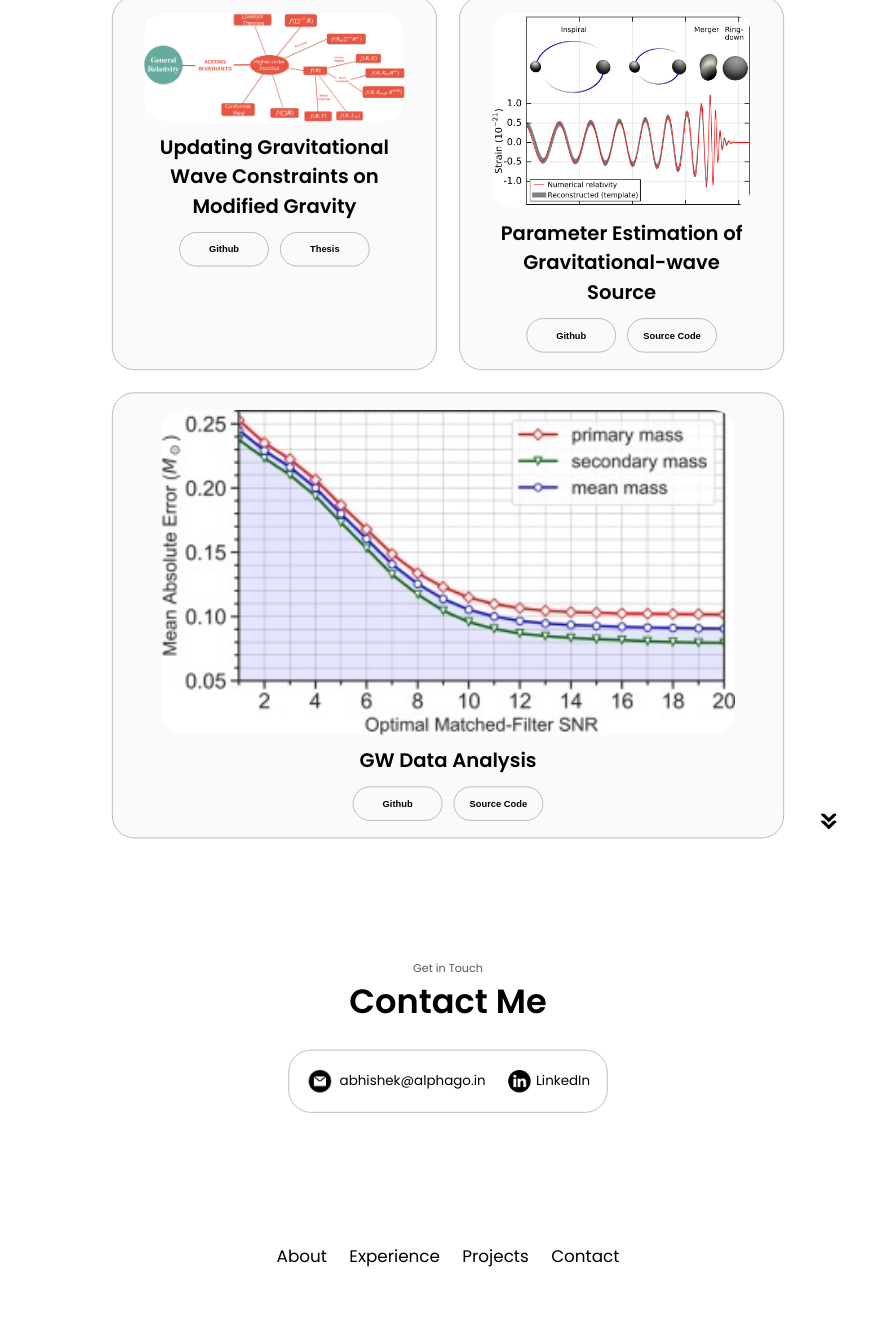
Repository: APersonalVoyage/APersonalVoyage.github.io
Page: index.html
These files come from the project's save history. The page is drawn as it stood at one moment and after the next save; the edit follows.
The browser window is 1280 px wide. The pictures show the part of the page from y = 2362 to 4282 px (the page is 4282 px tall), at 70% of full size.
A picture or video elsewhere on the page could not be fetched, so the positions and the page height are approximate.

Above is the page before, as saved 2023-08-24 14:57:48.

### index.html
<!DOCTYPE html>
<html lang="en">
  <head>
    <meta charset="UTF-8" />
    <meta http-equiv="X-UA-Compatible" content="IE=edge" />
    <meta name="viewport" content="width=device-width, initial-scale=1.0" />
    <title>My Portfolio</title>
    <link rel="stylesheet" href="style.css" />
    <link rel="stylesheet" href="mediaqueries.css" />

  </head>
  <body>
    <nav id="desktop-nav">
      <div class="logo">Abhishek Karkola</div>
      <div>
        <ul class="nav-links">
          <li><a href="#about">About</a></li>
          <li><a href="#experience">Experience</a></li>
          <li><a href="#projects">Projects</a></li>
          <li><a href="#contact">Contact</a></li>
        </ul>
      </div>
    </nav>
    <nav id="hamburger-nav">
      <div class="logo">Abhishek Karkola</div>
      <div class="hamburger-menu">
        <div class="hamburger-icon" onclick="toggleMenu()">
          <span></span>
          <span></span>
          <span></span>
        </div>
        <div class="menu-links">
          <li><a href="#about" onclick="toggleMenu()">About</a></li>
          <li><a href="#experience" onclick="toggleMenu()">Experience</a></li>
          <li><a href="#projects" onclick="toggleMenu()">Projects</a></li>
          <li><a href="#contact" onclick="toggleMenu()">Contact</a></li>
        </div>
      </div>
    </nav>
    <section id = "profile" style = "text-align: center;" >
        <div class="section__pic-container">
            <img src="./assets/My_profile-fotor-20230824122059.png" alt="profile" class="section__pic">
        </div>
        <div class= "section_text" style = "margin-top: 200px;" >
            <p class="section__text__p1">Hello, I'm</p>
        <h1 class="title">Abhishek Karkola</h1>
        <p class="section__text__p2">Gravitational Wave Astrophysicist</p>
        <div class="btn-container">
            <button
              class="btn btn-color-2"
              onclick="window.open('./assets/Abhishek_Academic_CV.pdf')"
            >
              Download CV
            </button>
            <button class="btn btn-color-1" onclick="location.href='./#contact'">
              Contact Info
            </button>
          </div>
          <div id="socials-container">
            <img
            src="./assets/linkedin.png"
            alt="My LinkedIn profile"
            class="icon"
            onclick="location.href='https://linkedin.com/'"
          />
          <img
            src="./assets/github.png"
            alt="My Github profile"
            class="icon"
            onclick="location.href='https://github.com/APersonalVoyage'"
          />
          <img
            src="./assets/instagram.png"
            alt="My instagram profile"
            class="icon"
            onclick="location.href='https://www.instagram.com/apersonalvoyage/'"
          />
          <img
            src="./assets/twitter.png"
            alt="My twitter profile"
            class="icon"
            onclick="location.href='https://twitter.com/APersonalVoyage'"
          />
        </div>
      </div>
          </div>

        </div>
    </section>
    <section id="about">
        <p class="section__text__p1">Get To Know More</p>
        <h1 class="title">About Me</h1>
        <div class="section-container">
          <div class="section__pic-container" style="margin-top: 100px">
            <img
              src="./assets/Profile_Pic2.JPG"
              alt="Profile picture"
              class="about-pic"
            />
          </div>
          <div class="about-details-container">
            <div class="about-containers">
              <div class="details-container">
                <img
                  src="./assets/experience.png"
                  alt="Experience icon"
                  class="icon"
                />
                <h3>Experience</h3>
                <p>1+ years <br />Research Intern</p>
              </div>
              <div class="details-container">
                <img
                  src="./assets/education.png"
                  alt="Education icon"
                  class="icon"
                />
                <h3>Education</h3>
                <p>B.E. Electronics<br />M.Sc. GW Physics</p>
              </div>
            </div>
            <div class="text-container">
              <p>
                I hold a Masters degree in Gravitational Wave Physics from Cardiff University, where my academic journey led me to explore the captivating realms of cosmology, advanced general relativity, and numerical relativity. Prior to this, I earned a Bachelors degree in Electronics and Communication Engineering, where I developed a solid foundation in the intricate world of electronic systems and communication technologies
              </p>
            </div>
          </div>
        </div>
        <img
          src="./assets/arrow.png"
          alt="Arrow icon"
          class="icon arrow"
          onclick="location.href='./#experience'"
        />
    </section>
</section>
<section id="experience">
  <p class="section__text__p1">Explore My</p>
  <h1 class="title">Experience</h1>
  <div class="experience-details-container">
    <div class="about-containers">
      <div class="details-container">
        <h2 class="experience-sub-title">Areas of Expertise</h2>
        <div class="article-container">
          <article>
            <img
              src="./assets/checkmark.png"
              alt="Experience icon"
              class="icon"
            />
            <div>
              <h3>Linear Algebra</h3>
              <p>Experienced</p>
            </div>
          </article>
          <article>
            <img
              src="./assets/checkmark.png"
              alt="Experience icon"
              class="icon"
            />
            <div>
              <h3>Tensor Mathematics</h3>
              <p>Experienced</p>
            </div>
          </article>
          <article>
            <img
              src="./assets/checkmark.png"
              alt="Experience icon"
              class="icon"
            />
            <div>
              <h3>General Relativity</h3>
              <p>Intermediate</p>
            </div>
          </article>
          <article>
            <img
              src="./assets/checkmark.png"
              alt="Experience icon"
              class="icon"
            />
            <div>
              <h3>Cosmology</h3>
              <p>Intermediate</p>
            </div>
          </article>
          <article>
            <img
              src="./assets/checkmark.png"
              alt="Experience icon"
              class="icon"
            />
            <div>
              <h3>Numerical Relativity</h3>
              <p>Basic</p>
            </div>
          </article>
          <article>
            <img
              src="./assets/checkmark.png"
              alt="Experience icon"
              class="icon"
            />
            <div>
              <h3>GW Astrophysics</h3>
              <p>Intermediate</p>
            </div>
          </article>
        </div>
      </div>
      <div class="details-container">
        <h2 class="experience-sub-title">Tools and technologies</h2>
        <div class="article-container">
          <article>
            <img
              src="./assets/checkmark.png"
              alt="Experience icon"
              class="icon"
            />
            <div>
              <h3>PostgreSQL</h3>
              <p>Basic</p>
            </div>
          </article>
          <article>
            <img
              src="./assets/checkmark.png"
              alt="Experience icon"
              class="icon"
            />
            <div>
              <h3>HTML</h3>
              <p>Intermediate</p>
            </div>
          </article>
          <article>
            <img
              src="./assets/checkmark.png"
              alt="Experience icon"
              class="icon"
            />
            <div>
              <h3>Python</h3>
              <p>Experienced</p>
            </div>
          </article>
          <article>
            <img
              src="./assets/checkmark.png"
              alt="Experience icon"
              class="icon"
            />
            <div>
              <h3>Git</h3>
              <p>Intermediate</p>
            </div>
          </article>
          <article>
            <img
              src="./assets/checkmark.png"
              alt="Experience icon"
              class="icon"
            />
            <div>
              <h3> High Performance Computing (HPC)</h3>
              <p>Intermediate</p>
            </div>
          </article>
        </div>
      </div>
    </div>
  </div>
  <img
    src="./assets/arrow.png"
    alt="Arrow icon"
    class="icon arrow"
    onclick="location.href='./#projects'"
  />
</section>
<section id="projects">
    <p class="section__text__p1">Browse My Recent</p>
    <h1 class="title">Projects</h1>
    <div class="experience-details-container">
      <div class="about-containers">
        <div class="details-container color-container">
          <div class="article-container">
            <img
              src="./assets/10-Figure2-1.png"
              alt="Project 1"
              class="project-img"
            />
          </div>
          <h2 class="experience-sub-title project-title">Updating Gravitational Wave Constraints on Modified Gravity</h2>
          <div class="btn-container">
            <button
              class="btn btn-color-2 project-btn"
              onclick="location.href='https://github.com/APersonalVoyage/MSc_Thesis'"
            >
              Github
            </button>
            <button
              class="btn btn-color-2 project-btn"
              onclick="location.href='https://github.com/APersonalVoyage/MSc_Thesis/blob/main/Abhishek_Msc_Dissertation%20.pdf'"
            >
              Thesis
            </button>
          </div>
        </div>
        <div class="details-container color-container">
          <div class="article-container">
            <img
              src="./assets/GW150914_IMR.png"
              alt="Project 2"
              class="project-img"
            />
          </div>
          <h2 class="experience-sub-title project-title">Parameter Estimation of Gravitational-wave Source</h2>
          <div class="btn-container">
            <button
              class="btn btn-color-2 project-btn"
              onclick="location.href='https://github.com/APersonalVoyage/GW-data-analysis'"
            >
              Github
            </button>
            <button
              class="btn btn-color-2 project-btn"
              onclick="location.href='https://github.com/gw-odw/odw-2021'"
            >
              Source Code
            </button>
          </div>
        </div>
        <div class="details-container color-container">
          <div class="article-container">
            <img
              src="./assets/PE.jpg"
              alt="Project 3"
              class="project-img"
            />
          </div>
          <h2 class="experience-sub-title project-title">GW Data Analysis</h2>
          <div class="btn-container">
            <button
              class="btn btn-color-2 project-btn"
              onclick="location.href='https://github.com/APersonalVoyage/Data-Analysis-2022'"
            >
              Github
            </button>
            <button
              class="btn btn-color-2 project-btn"
              onclick="location.href='https://github.com/APersonalVoyage/Data-Analysis-2022'"
            >
              Source Code
            </button>
          </div>
        </div>
      </div>
    </div>
    <img
      src="./assets/arrow.png"
      alt="Arrow icon"
      class="icon arrow"
      onclick="location.href='./#projects'"
    />
  </section>
  <section id="contact">
    <p class="section__text__p1">Get in Touch</p>
    <h1 class="title">Contact Me</h1>
    <div class="contact-info-upper-container">
      <div class="contact-info-container">
        <img
          src="./assets/email.png"
          alt="Email icon"
          class="icon contact-icon email-icon"
        />
        <p><a href="mailto:examplemail@gmail.com">abhishek@alphago.in</a></p>
      </div>
      <div class="contact-info-container">
        <img
          src="./assets/linkedin.png"
          alt="LinkedIn icon"
          class="icon contact-icon"
        />
        <p><a href="https://www.linkedin.com">LinkedIn</a></p>
      </div>
    </div>
  </section>
  <footer>
    <nav>
      <div class="nav-links-container">
        <ul class="nav-links">
          <li><a href="#about">About</a></li>
          <li><a href="#experience">Experience</a></li>
          <li><a href="#projects">Projects</a></li>
          <li><a href="#contact">Contact</a></li>
        </ul>
      </div>
    </nav>

  </footer>
  <script src="script.js"></script>
</body>
</html>

### style.css
/* GENERAL */

@import url("https://fonts.googleapis.com/css2?family=Poppins:wght@300;400;500;600&display=swap");

* {
  margin: 0;
  padding: 0;
}

body {
  font-family: "Poppins", sans-serif;
}

html {
  scroll-behavior: smooth;
}

p {
  color: rgb(85, 85, 85);
}

/* TRANSITION */

a,
.btn {
  transition: all 300ms ease;
}

/* DESKTOP NAV */

nav,
.nav-links {
  display: flex;
}

nav {
  justify-content: space-around;
  align-items: center;
  height: 17vh;
}

.nav-links {
  gap: 2rem;
  list-style: none;
  font-size: 1.5rem;
}

a {
  color: black;
  text-decoration: none;
  text-decoration-color: white;
}

a:hover {
  color: grey;
  text-decoration: underline;
  text-underline-offset: 1rem;
  text-decoration-color: rgb(181, 181, 181);
}

.logo {
  font-size: 2rem;
}

.logo:hover {
  cursor: default;
}

/* HAMBURGER MENU */

#hamburger-nav {
  display: none;
}

.hamburger-menu {
  position: relative;
  display: inline-block;
}

.hamburger-icon {
  display: flex;
  flex-direction: column;
  justify-content: space-between;
  height: 24px;
  width: 30px;
  cursor: pointer;
}

.hamburger-icon span {
  width: 100%;
  height: 2px;
  background-color: black;
  transition: all 0.3 ease-in-out;
}

.menu-links {
  position: absolute;
  top: 100%;
  right: 0;
  background-color: white;
  width: fit-content;
  max-height: 0;
  overflow: hidden;
  transition: all 0.3 ease-in-out;
}

.menu-links a {
  display: block;
  padding: 10px;
  text-align: center;
  font-size: 1.5rem;
  color: black;
  text-decoration: none;
  transition: all 0.3 ease-in-out;
}

.menu-links li {
  list-style: none;
}

.menu-links.open {
  max-height: 300px;
}

.hamburger-icon.open span:first-child {
  transform: rotate(45deg) translate(10px, 5px);
}

.hamburger-icon.open span:nth-child(2) {
  opacity: 0;
}

.hamburger-icon.open span:last-child {
  transform: rotate(-45deg) translate(10px, -5px);
}

.hamburger-icon span:first-child {
  transform: none;
}

.hamburger-icon span:first-child {
  opacity: 1;
}

.hamburger-icon span:first-child {
  transform: none;
}

/* SECTIONS */

section {
  padding-top: 4vh;
  height: 96vh;
  margin: 0 10rem;
  box-sizing: border-box;
  min-height: fit-content;
}

.section-container {
  display: flex;
}

/* PROFILE SECTION */

#profile {
  display: flex;
  justify-content: center;
  gap: 5rem;
  height: 80vh;
}

.section__pic-container {
  display: flex;
  height: 400px;
  width: 400px;
  margin: auto 0;
}

.section__text {
  align-self: center;
  text-align: center;
}

.section__text p {
  font-weight: 600;
}

.section__text__p1 {
  text-align: center;
}

.section__text__p2 {
  font-size: 1.75rem;
  margin-bottom: 1rem;
}

.title {
  font-size: 3rem;
  text-align: center;
}

#socials-container {
  display: flex;
  justify-content: center;
  margin-top: 1rem;
  gap: 1rem;
}

/* ICONS */

.icon {
  cursor: pointer;
  height: 2rem;
}

/* BUTTONS */

.btn-container {
  display: flex;
  justify-content: center;
  gap: 1rem;
}

.btn {
  font-weight: 600;
  transition: all 300ms ease;
  padding: 1rem;
  width: 8rem;
  border-radius: 2rem;
}

.btn-color-1,
.btn-color-2 {
  border: rgb(53, 53, 53) 0.1rem solid;
}

.btn-color-1:hover,
.btn-color-2:hover {
  cursor: pointer;
}

.btn-color-1,
.btn-color-2:hover {
  background: rgb(53, 53, 53);
  color: white;
}

.btn-color-1:hover {
  background: rgb(0, 0, 0);
}

.btn-color-2 {
  background: none;
}

.btn-color-2:hover {
  border: rgb(255, 255, 255) 0.1rem solid;
}

.btn-container {
  gap: 1rem;
}

/* ABOUT SECTION */

#about {
  position: relative;
}

.about-containers {
  gap: 2rem;
  margin-bottom: 2rem;
  margin-top: 2rem;
}

.about-details-container {
  justify-content: center;
  flex-direction: column;
}

.about-containers,
.about-details-container {
  display: flex;
}

.about-pic {
  border-radius: 2rem;
}

.arrow {
  position: absolute;
  right: -5rem;
  bottom: 2.5rem;
}

.details-container {
  padding: 1.5rem;
  flex: 1;
  background: white;
  border-radius: 2rem;
  border: rgb(53, 53, 53) 0.1rem solid;
  border-color: rgb(163, 163, 163);
  text-align: center;
}

.section-container {
  gap: 4rem;
  height: 80%;
}

.section__pic-container {
  height: 400px;
  width: 400px;
  margin: auto 0;
}

/* EXPERIENCE SECTION */

#experience {
  position: relative;
}

.experience-sub-title {
  color: rgb(85, 85, 85);
  font-weight: 600;
  font-size: 1.75rem;
  margin-bottom: 2rem;
}

.experience-details-container {
  display: flex;
  justify-content: center;
  flex-direction: column;
}

.article-container {
  display: flex;
  text-align: initial;
  flex-wrap: wrap;
  flex-direction: row;
  gap: 2.5rem;
  justify-content: space-around;
}

article {
  display: flex;
  width: 10rem;
  justify-content: space-around;
  gap: 0.5rem;
}

article .icon {
  cursor: default;
}

/* PROJECTS SECTION */

#projects {
  position: relative;
}

.color-container {
  border-color: rgb(163, 163, 163);
  background: rgb(250, 250, 250);
}

.project-img {
  border-radius: 2rem;
  width: 90%;
  height: 90%;
}

.project-title {
  margin: 1rem;
  color: black;
}

.project-btn {
  color: black;
  border-color: rgb(163, 163, 163);
}

/* CONTACT */

#contact {
  display: flex;
  justify-content: center;
  flex-direction: column;
  height: 70vh;
}

.contact-info-upper-container {
  display: flex;
  justify-content: center;
  border-radius: 2rem;
  border: rgb(53, 53, 53) 0.1rem solid;
  border-color: rgb(163, 163, 163);
  background: (250, 250, 250);
  margin: 2rem auto;
  padding: 0.5rem;
}

.contact-info-container {
  display: flex;
  align-items: center;
  justify-content: center;
  gap: 0.5rem;
  margin: 1rem;
}

.contact-info-container p {
  font-size: larger;
}

.contact-icon {
  cursor: default;
}

.email-icon {
  height: 2.5rem;
}

/* FOOTER SECTION */

footer {
  height: 26vh;
  margin: 0 1rem;
}

footer p {
  text-align: center;
}

### mediaqueries.css
@media screen and (max-width: 1400px) {
  #profile {
    height: 83vh;
    margin-bottom: 6rem;
  }
  .about-containers {
    flex-wrap: wrap;
  }
}

@media screen and (max-width: 1200px) {
  #desktop-nav {
    display: none;
  }
  #hamburger-nav {
    display: flex;
  }
  #experience,
  .experience-details-container {
    margin-top: 2rem;
  }
  #profile,
  .section-container {
    display: block;
  }
  .arrow {
    display: none;
  }
  section,
  .section-container {
    height: fit-content;
  }
  section {
    margin: 0 5%;
  }
  .section__pic-container {
    width: 275px;
    height: 275px;
    margin: 0 auto 2rem;
  }
  .about-containers {
    margin-top: 0;
  }
}

@media screen and (max-width: 600px) {
  #contact,
  footer {
    height: 40vh;
  }
  #profile {
    height: 83vh;
    margin-bottom: 0;
  }
  article {
    font-size: 1rem;
  }
  footer nav {
    height: fit-content;
    margin-bottom: 2rem;
  }
  .about-containers,
  .contact-info-upper-container,
  .btn-container {
    flex-wrap: wrap;
  }
  .contact-info-container {
    margin: 0;
  }
  .contact-info-container p,
  .nav-links li a {
    font-size: 1rem;
  }
  .experience-sub-title {
    font-size: 1.25rem;
  }
  .logo {
    font-size: 1.5rem;
  }
  .nav-links {
    flex-direction: column;
    gap: 0.5rem;
    text-align: center;
  }
  .section__pic-container {
    width: auto;
    height: 46vw;
    justify-content: center;
  }
  .section__text__p2 {
    font-size: 1.25rem;
  }
  .title {
    font-size: 2rem;
  }
  .text-container {
    text-align: justify;
  }
}

### script.js
function toggleMenu() {
    const menu = document.querySelector(".menu-links");
    const icon = document.querySelector(".hamburger-icon");
    menu.classList.toggle("open");
    icon.classList.toggle("open");
  }

After the next save:
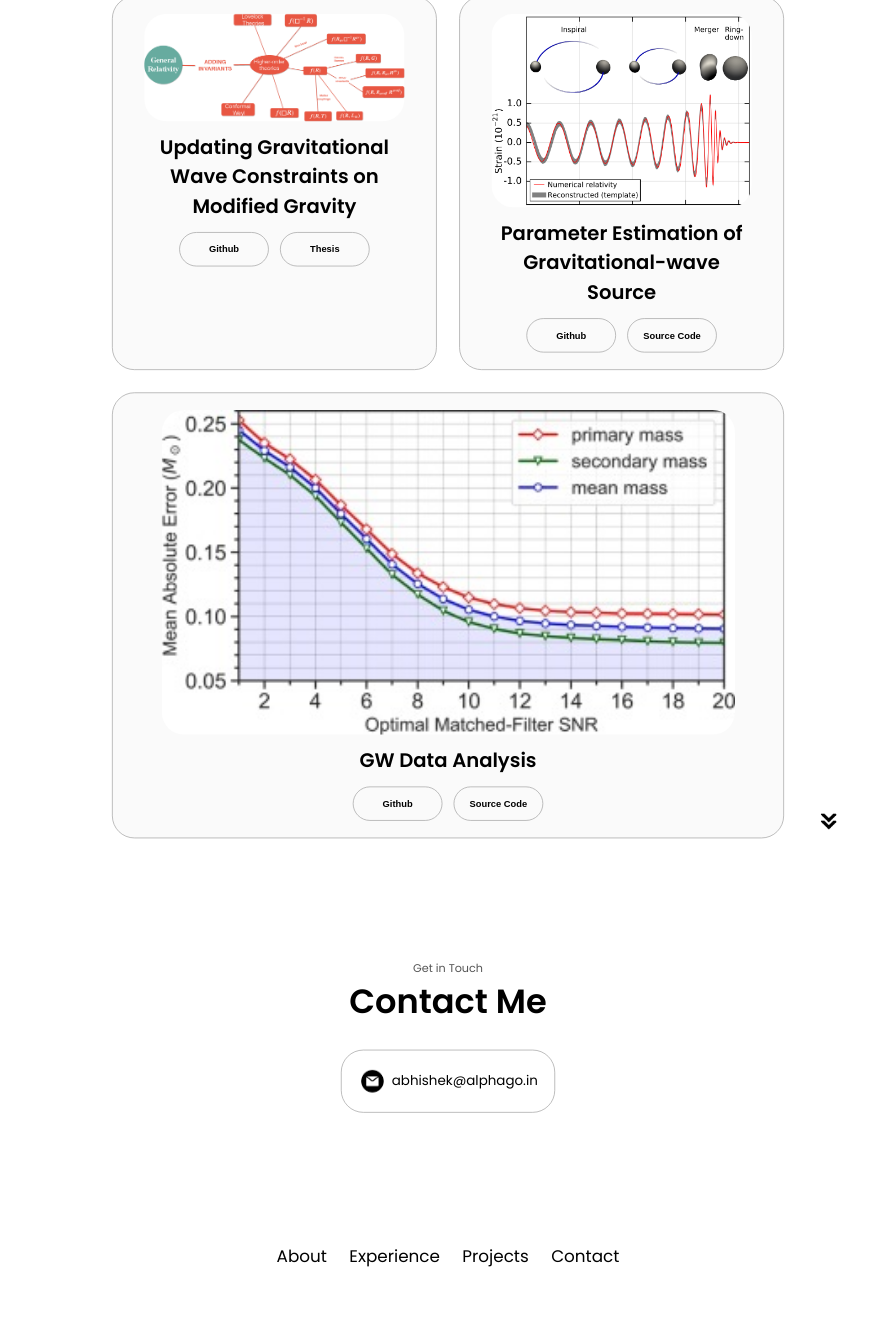
Saved 64 s later.
--- a/index.html
+++ b/index.html
@@ -377,14 +377,6 @@
         />
         <p><a href="mailto:examplemail@gmail.com">abhishek@alphago.in</a></p>
       </div>
-      <div class="contact-info-container">
-        <img
-          src="./assets/linkedin.png"
-          alt="LinkedIn icon"
-          class="icon contact-icon"
-        />
-        <p><a href="https://www.linkedin.com">LinkedIn</a></p>
-      </div>
     </div>
   </section>
   <footer>
